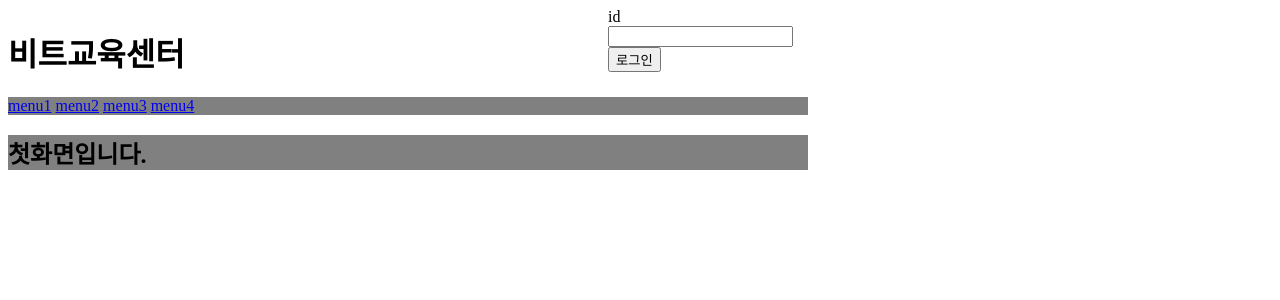
Repository: 2ket/workspace2
Page: web13/WebContent/index.html
The author's editor kept a copy of each file at every save. The page is drawn from the files as they stood at one save, then again after a run of saves.
The browser window is 1280 px wide. The pictures show the whole page.

Above is the page before, as saved 2019-06-07 10:05:50.
Console error: TypeError: Cannot read properties of undefined (reading 'document')

### web13/WebContent/index.html
<!DOCTYPE html>
<html>
<head>
<meta http-equiv="Content-Type" content="text/html; charset=UTF-8">
<title>Insert title here</title>
<style type="text/css">
	body>div{
		width:800px;
		background-color: gray;
	}
	#header>h1{
		float:left;
	}
	#header>div{
		width:200px;
		float:right;
	}
	#menu{
		clear:both;
	}
</style>
<script type="text/javascript">
	var form, xhr;
	window.onload=function(){
//		btn=document.querySelector("#header>div>button");
//		btn.onclick=function(){
//			alert('click');
//			tf=document.querySelector('#header>div>input');
//			var id=tf.value;
//			xhr=new XMLHttpRequest();
//			xhr.onreadystatechange=function(){
//				var msg=xhr.responseText;
//				var target=document.querySelector("#header>div");
//				target.innerHTML=msg;
//			};
//			xhr.open('get', 'hello.jsp?id='+id);
//			xhr.send();
//		};
		form.document.querySelector('#header>div>form');
		form.onsubmit=function(){
			//alert('폼태그 동작 금지');
			var id=form.querySelector('#id').value;
			var pw=form.querySelector('#pw').value;
			xhr=new XMLHttpRequest();
			xhr.onreadystatechange=function(){
				console.log(xhr.Status);
				/*
				xhr.status
				=200 정상
				=404 페이지 없음
				=40x 요청문제
				=50x 해당페이지에 문제

				xhr.readyState
				=0 none
				=1 open()
				=2 header
				=3 content
				=4 complete
				*/
				if(xhr.readyState==4 && xhr.status==200){
					var msg=xhr.responseText;
					form.outerHTML=msg;
				}else if(xhr.readyState==4){
					alert('잠시 뒤에 다시 접속해주세요.');
				}
		};
		xhr.open('get', this.action+'?id='+id+'&pw='+pw,true);
		xhr.send();
		return false;
	};

	};
</script>
</head>
<body>
	<div id="header">
		<h1>비트교육센터</h1>
		<div>
			<form action="result.jsp">
				<div>
					<label for="id">id</label>
					<input type="text" name="pw" id="pw"/>
				</div>
				<div>
					<button>로그인</button>
				</div>
			</form>
		</div>
	</div>
	<div id="menu">
		<a href="#">menu1</a>
		<a href="#">menu2</a>
		<a href="#">menu3</a>
		<a href="#">menu4</a>
	</div>
	<div id="content">
		<h2>첫화면입니다.</h2>
	</div>

</body>
</html>

After the next 2 saves:
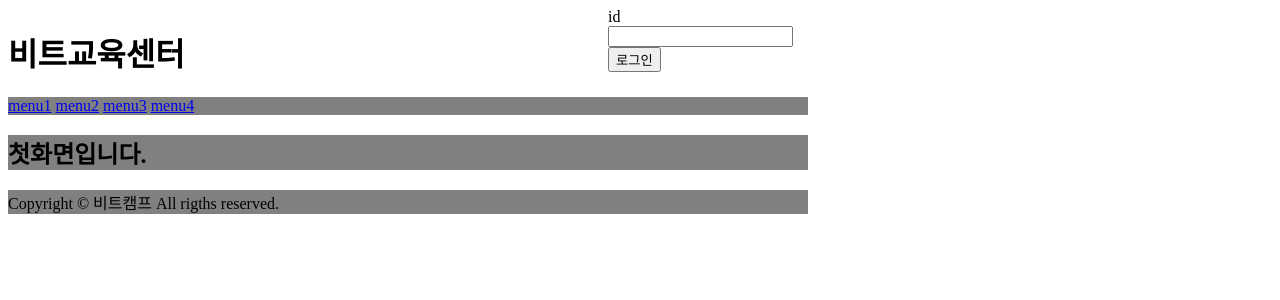
The 2 saves are shown as one change because they came seconds apart.
The last was saved 33 s later.
--- a/web13/WebContent/index.html
+++ b/web13/WebContent/index.html
@@ -97,6 +97,8 @@
 	<div id="content">
 		<h2>첫화면입니다.</h2>
 	</div>
-
+	<div id="footer">
+		Copyright &copy; 비트캠프 All rigths reserved.
+	</div>
 </body>
 </html>
